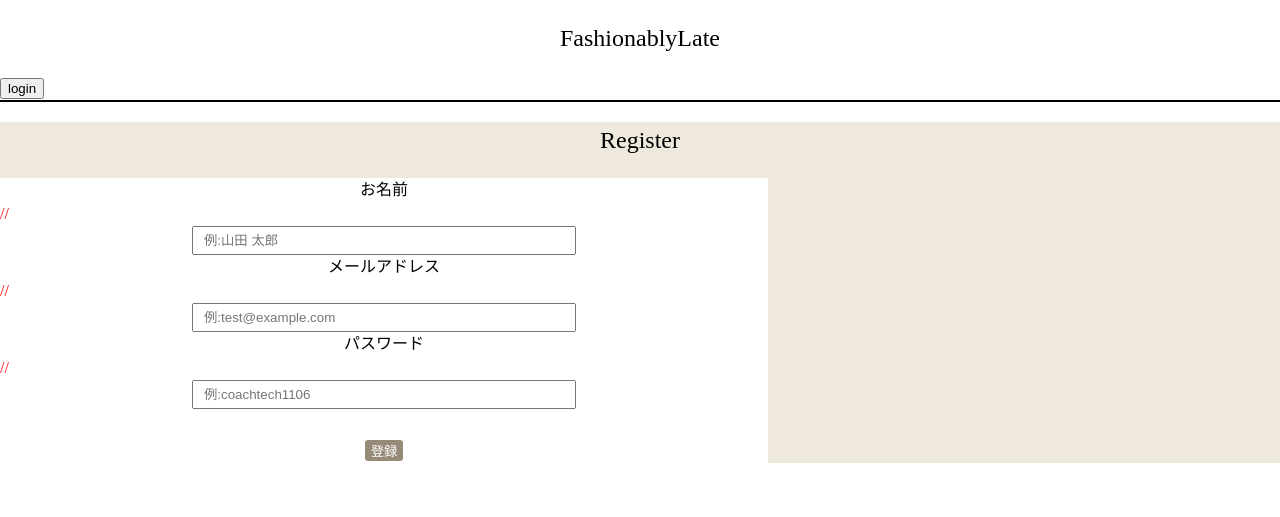
Repository: mayu-ya/test_form
Page: http://localhost/
These files come from the project's save history. The page is drawn as it stood at one moment and after the next save; the edit follows.
The browser window is 1280 px wide. The pictures show the whole page.
The page is served by the project's Laravel application, run on PHP 8.4 with Laravel 8. Other server files are loaded and not shown.

Above is the page before, as saved 2026-01-17 14:24:46.

### src/routes/web.php
<?php

use Illuminate\Support\Facades\Route;
use App\Http\Controllers\ContactController;

/*
|--------------------------------------------------------------------------
| Web Routes
|--------------------------------------------------------------------------
|
| Here is where you can register web routes for your application. These
| routes are loaded by the RouteServiceProvider within a group which
| contains the "web" middleware group. Now create something great!
|
*/

Route::get('/', [ContactController::class, 'index']);

### src/app/Http/Controllers/ContactController.php
<?php

namespace App\Http\Controllers;

use Illuminate\Http\Request;

class ContactController extends Controller
{
    public function index()
    {
        return view('auth.register');
    }
}

### src/resources/views/auth/register.blade.php
@extends('layouts.app')

@section('css')
<link rel="stylesheet" href="{{ asset('css/register.css') }}">
@endsection

@section('header')
<nav class="header">
    <form action="">
        <button class="header__button">login</button>
    </form>
</nav>
@endsection

@section('content')
<div class="contact">
    <div class="title">
        <h2 class="title-h">Register</h2>
    </div>

    <form class="form">
        <div class="form__group">
            <div class="form__group-title">
                <span class="form__goup-title-span">お名前</span>
            </div>
            <div class="form__error">
                //
            </div>
            <div class="form__group-input">
                <input type="text" class="form__group-unput-item" name="name" placeholder="例:山田 太郎" value="">
            </div>
        </div>

        <div class="form__group">
            <div class="form__group-title">
                <span class="form__goup-title-span">メールアドレス</span>
            </div>
            <div class="form__error">
                //
            </div>
            <div class="form__group-input">
                <input type="email" class="form__group-unput-item" name="email" placeholder="例:test@example.com" value="">
            </div>
        </div>

        <div class="form__group">
            <div class="form__group-title">
                <span class="form__goup-title-span">パスワード</span>
            </div>
            <div class="form__error">
                //
            </div>
            <div class="form__group-input">
                <input type="password" class="form__group-unput-item" name="password" placeholder="例:coachtech1106" value="">
            </div>
        </div>

        <div class="form__button">
            <button class="form__button-submit" type="submit">登録</button>
        </div>
    </form>
</div>
@endsection

### src/resources/views/layouts/app.blade.php
<!DOCTYPE html>
<html lang="ja">
<head>
    <meta charset="UTF-8">
    <meta name="viewport" content="width=device-width, initial-scale=1.0">
    <title>FashionablyLate</title>
    <link rel="stylesheet" href="{{ asset('css/common.css') }}">
    <link rel="stylesheet" href="{{ asset('css/sanitize.css') }}">
    @yield('css')
</head>
<body>
    <header class="header">
        <div class="header-title">
            <div class="header-title__item">FashionablyLate</div>
        </div>
        @yield('header')
    </header>

    <main>
        @yield('content')
    </main>
</body>
</html>

### src/public/css/common.css
.header{
    border-bottom: 1px solid #000;
}

.header-title {
    margin: 0 auto;
    padding: 20px 15px;
    max-width: 1230px;
}

.header-title__item {
    font-size: 24px;
    text-align: center;
}

### src/public/css/sanitize.css
/* Document
* ========================================================================== */

/**
* Add border box sizing in all browsers (opinionated).
*/

*,
::before,
::after {
  box-sizing: border-box;
}

/**
* 1. Add text decoration inheritance in all browsers (opinionated).
* 2. Add vertical alignment inheritance in all browsers (opinionated).
*/

::before,
::after {
  vertical-align: inherit;
  /* 2 */
  text-decoration: inherit;
  /* 1 */
}

/**
* 1. Use the default cursor in all browsers (opinionated).
* 2. Change the line height in all browsers (opinionated).
* 3. Use a 4-space tab width in all browsers (opinionated).
* 4. Remove the grey highlight on links in iOS (opinionated).
* 5. Prevent adjustments of font size after orientation changes in
*    IE on Windows Phone and in iOS.
* 6. Breaks words to prevent overflow in all browsers (opinionated).
*/

html {
  word-break: break-word;
  /* 6 */
  -moz-tab-size: 4;
  /* 3 */
  tab-size: 4;
  /* 3 */
  line-height: 1.5;
  /* 2 */
  cursor: default;
  /* 1 */

  -webkit-tap-highlight-color: transparent
    /* 4 */
  ;
  -ms-text-size-adjust: 100%;
  /* 5 */
  -webkit-text-size-adjust: 100%;
  /* 5 */
}

/* Sections
* ========================================================================== */

/**
* Remove the margin in all browsers (opinionated).
*/

body {
  margin: 0;
}

/**
* Correct the font size and margin on `h1` elements within `section` and
* `article` contexts in Chrome, Edge, Firefox, and Safari.
*/

h1 {
  margin: 0.67em 0;
  font-size: 2em;
}

/* Grouping content
* ========================================================================== */

/**
* Remove the margin on nested lists in Chrome, Edge, IE, and Safari.
*/

dl dl,
dl ol,
dl ul,
ol dl,
ul dl {
  margin: 0;
}

/**
* Remove the margin on nested lists in Edge 18- and IE.
*/

ol ol,
ol ul,
ul ol,
ul ul {
  margin: 0;
}

/**
* 1. Add the correct sizing in Firefox.
* 2. Show the overflow in Edge 18- and IE.
*/

hr {
  overflow: visible;
  /* 2 */
  height: 0;
  /* 1 */
}

/**
* Add the correct display in IE.
*/

main {
  display: block;
}

/**
* Remove the list style on navigation lists in all browsers (opinionated).
*/

nav ol,
nav ul {
  padding: 0;
  list-style: none;
}

/**
* 1. Correct the inheritance and scaling of font size in all browsers.
* 2. Correct the odd `em` font sizing in all browsers.
*/

pre {
  font-size: 1em;
  /* 2 */
  font-family: monospace, monospace;
  /* 1 */
}

/* Text-level semantics
* ========================================================================== */

/**
* Remove the gray background on active links in IE 10.
*/

a {
  background-color: transparent;
}

/**
* Add the correct text decoration in Edge 18-, IE, and Safari.
*/

abbr[title] {
  text-decoration: underline;
  text-decoration: underline dotted;
}

/**
* Add the correct font weight in Chrome, Edge, and Safari.
*/

b,
strong {
  font-weight: bolder;
}

/**
* 1. Correct the inheritance and scaling of font size in all browsers.
* 2. Correct the odd `em` font sizing in all browsers.
*/

code,
kbd,
samp {
  font-size: 1em;
  /* 2 */
  font-family: monospace, monospace;
  /* 1 */
}

/**
* Add the correct font size in all browsers.
*/

small {
  font-size: 80%;
}

/* Embedded content
* ========================================================================== */

/*
* Change the alignment on media elements in all browsers (opinionated).
*/

audio,
canvas,
iframe,
img,
svg,
video {
  vertical-align: middle;
}

/**
* Add the correct display in IE 9-.
*/

audio,
video {
  display: inline-block;
}

/**
* Add the correct display in iOS 4-7.
*/

audio:not([controls]) {
  display: none;
  height: 0;
}

/**
* Remove the border on iframes in all browsers (opinionated).
*/

iframe {
  border-style: none;
}

/**
* Remove the border on images within links in IE 10-.
*/

img {
  border-style: none;
}

/**
* Change the fill color to match the text color in all browsers (opinionated).
*/

svg:not([fill]) {
  fill: currentColor;
}

/**
* Hide the overflow in IE.
*/

svg:not(:root) {
  overflow: hidden;
}

/* Tabular data
* ========================================================================== */

/**
* Collapse border spacing in all browsers (opinionated).
*/

table {
  border-collapse: collapse;
}

/* Forms
* ========================================================================== */

/**
* Remove the margin on controls in Safari.
*/

button,
input,
select {
  margin: 0;
}

/**
* 1. Show the overflow in IE.
* 2. Remove the inheritance of text transform in Edge 18-, Firefox, and IE.
*/

button {
  overflow: visible;
  /* 1 */
  text-transform: none;
  /* 2 */
}

/**
* Correct the inability to style buttons in iOS and Safari.
*/

button,
[type="button"],
[type="reset"],
[type="submit"] {
  -webkit-appearance: button;
}

/**
* 1. Change the inconsistent appearance in all browsers (opinionated).
* 2. Correct the padding in Firefox.
*/

fieldset {
  padding: 0.35em 0.75em 0.625em;
  /* 2 */
  border: 1px solid #a0a0a0;
  /* 1 */
}

/**
* Show the overflow in Edge 18- and IE.
*/

input {
  overflow: visible;
}

/**
* 1. Correct the text wrapping in Edge 18- and IE.
* 2. Correct the color inheritance from `fieldset` elements in IE.
*/

legend {
  display: table;
  /* 1 */
  max-width: 100%;
  /* 1 */
  color: inherit;
  /* 2 */
  white-space: normal;
  /* 1 */
}

/**
* 1. Add the correct display in Edge 18- and IE.
* 2. Add the correct vertical alignment in Chrome, Edge, and Firefox.
*/

progress {
  display: inline-block;
  /* 1 */
  vertical-align: baseline;
  /* 2 */
}

/**
* Remove the inheritance of text transform in Firefox.
*/

select {
  text-transform: none;
}

/**
* 1. Remove the margin in Firefox and Safari.
* 2. Remove the default vertical scrollbar in IE.
* 3. Change the resize direction in all browsers (opinionated).
*/

textarea {
  overflow: auto;
  /* 2 */
  margin: 0;
  /* 1 */
  resize: vertical;
  /* 3 */
}

/**
* Remove the padding in IE 10-.
*/

[type="checkbox"],
[type="radio"] {
  padding: 0;
}

/**
* 1. Correct the odd appearance in Chrome, Edge, and Safari.
* 2. Correct the outline style in Safari.
*/

[type="search"] {
  outline-offset: -2px;
  /* 2 */

  -webkit-appearance: textfield;
  /* 1 */
}

/**
* Correct the cursor style of increment and decrement buttons in Safari.
*/

::-webkit-inner-spin-button,
::-webkit-outer-spin-button {
  height: auto;
}

/**
* Correct the text style of placeholders in Chrome, Edge, and Safari.
*/

::-webkit-input-placeholder {
  color: inherit;
  opacity: 0.54;
}

/**
* Remove the inner padding in Chrome, Edge, and Safari on macOS.
*/

::-webkit-search-decoration {
  -webkit-appearance: none;
}

/**
* 1. Correct the inability to style upload buttons in iOS and Safari.
* 2. Change font properties to `inherit` in Safari.
*/

::-webkit-file-upload-button {
  font: inherit;
  /* 2 */

  -webkit-appearance: button;
  /* 1 */
}

/**
* Remove the inner border and padding of focus outlines in Firefox.
*/

::-moz-focus-inner {
  padding: 0;
  border-style: none;
}

/**
* Restore the focus outline styles unset by the previous rule in Firefox.
*/

:-moz-focusring {
  outline: 1px dotted ButtonText;
}

/**
* Remove the additional :invalid styles in Firefox.
*/

:-moz-ui-invalid {
  box-shadow: none;
}

/* Interactive
* ========================================================================== */

/*
* Add the correct display in Edge 18- and IE.
*/

details {
  display: block;
}

/*
* Add the correct styles in Edge 18-, IE, and Safari.
*/

dialog {
  position: absolute;
  right: 0;
  left: 0;
  display: block;
  margin: auto;
  padding: 1em;
  width: -moz-fit-content;
  width: -webkit-fit-content;
  width: fit-content;
  height: -moz-fit-content;
  height: -webkit-fit-content;
  height: fit-content;
  border: solid;
  background-color: white;
  color: black;
}

dialog:not([open]) {
  display: none;
}

/*
* Add the correct display in all browsers.
*/

summary {
  display: list-item;
}

/* Scripting
* ========================================================================== */

/**
* Add the correct display in IE 9-.
*/

canvas {
  display: inline-block;
}

/**
* Add the correct display in IE.
*/

template {
  display: none;
}

/* User interaction
* ========================================================================== */

/*
* 1. Remove the tapping delay in IE 10.
* 2. Remove the tapping delay on clickable elements
in all browsers (opinionated).
*/

a,
area,
button,
input,
label,
select,
summary,
textarea,
[tabindex] {
  -ms-touch-action: manipulation;
  /* 1 */
  touch-action: manipulation;
  /* 2 */
}

/**
* Add the correct display in IE 10-.
*/

[hidden] {
  display: none;
}

/* Accessibility
* ========================================================================== */

/**
* Change the cursor on busy elements in all browsers (opinionated).
*/

[aria-busy="true"] {
  cursor: progress;
}

/*
* Change the cursor on control elements in all browsers (opinionated).
*/

[aria-controls] {
  cursor: pointer;
}

/*
* Change the cursor on disabled, not-editable, or otherwise
* inoperable elements in all browsers (opinionated).
*/

[aria-disabled="true"],
[disabled] {
  cursor: not-allowed;
}

/*
* Change the display on visually hidden accessible elements
* in all browsers (opinionated).
*/

[aria-hidden="false"][hidden] {
  display: initial;
}

[aria-hidden="false"][hidden]:not(:focus) {
  position: absolute;
  clip: rect(0, 0, 0, 0);
}

### src/public/css/register.css
.contact {
    max-width: 1536px;
    background: #efe8dd;
    height: 100%;
}

.title {
    margin: 0 auto;
}

.title-h {
    text-align: center;
    font-weight: lighter;
}

.form {
    background: white;
    width: 60%;
}

.form__group {
    text-align: center;
}

.form__goup-title-span {
    margin-top: 30px;
    text-align: left;
}

.form__group-unput-item {
    width: 50%;
    padding: 5px 10px;
}

.form__error {
    color: red;
    text-align: left;
}

.form__button {
    text-align: center;
    margin-top: 30px;
}

.form__button-submit {
    background: #968b79;
    color: white;
    border-radius: 3px;
    border: none;
    cursor: pointer;
}

Loaded but not shown: src/app/Http/Controllers/Controller.php (common file)

After the next save:
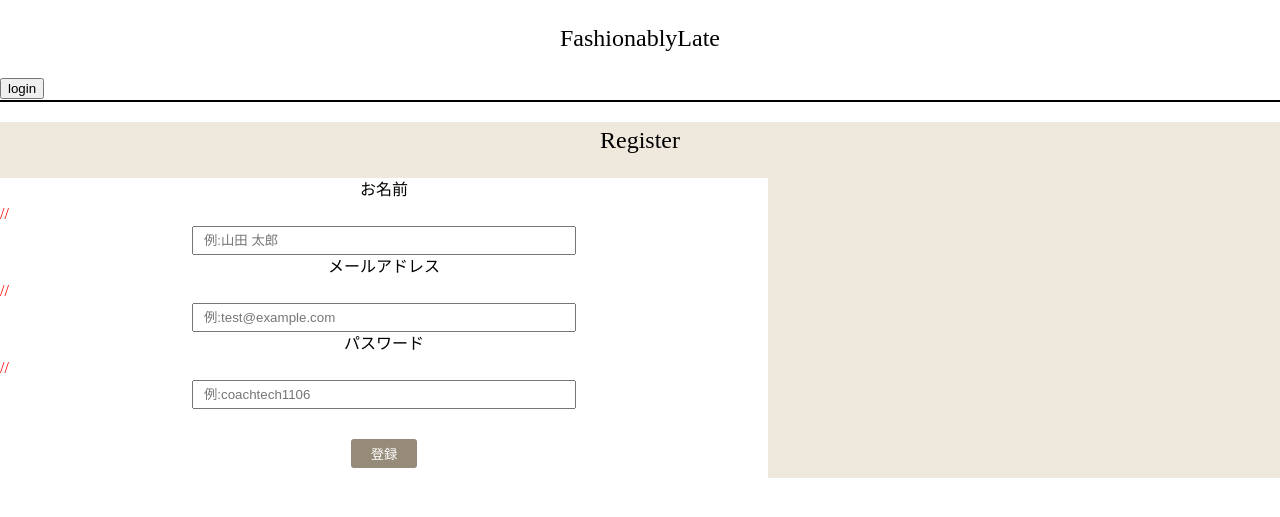
Saved 3 min 7 s later.
--- a/src/public/css/register.css
+++ b/src/public/css/register.css
@@ -16,6 +16,7 @@
 .form {
     background: white;
     width: 60%;
+    height: 300px;
 }
 
 .form__group {
@@ -43,6 +44,7 @@
 }
 
 .form__button-submit {
+    padding: 5px 20px;
     background: #968b79;
     color: white;
     border-radius: 3px;
